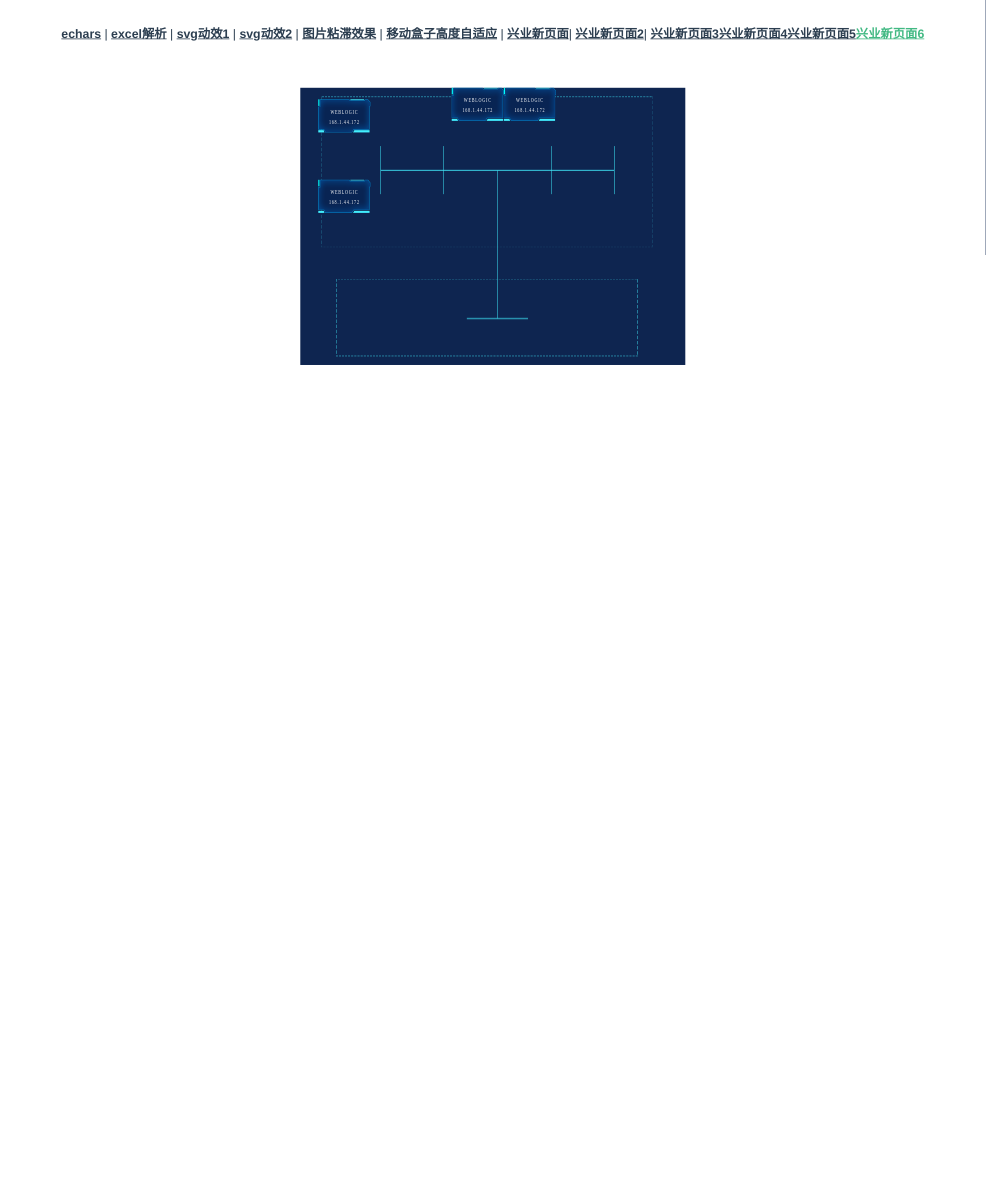
Repository: dmj199811/animation-dmj
Page: /#/work-page8
The author's editor kept a copy of each file at every save. The page is drawn from the files as they stood at one save, then again after the next save.
The browser window is 1280 px wide. The pictures show the whole page, at 77% of full size.
The project was rebuilt for these pictures with package versions that can differ from the ones it lists, and the page was loaded fresh each time.

Above is the page before, as saved 2020-07-03 16:20:41.

After the next save:
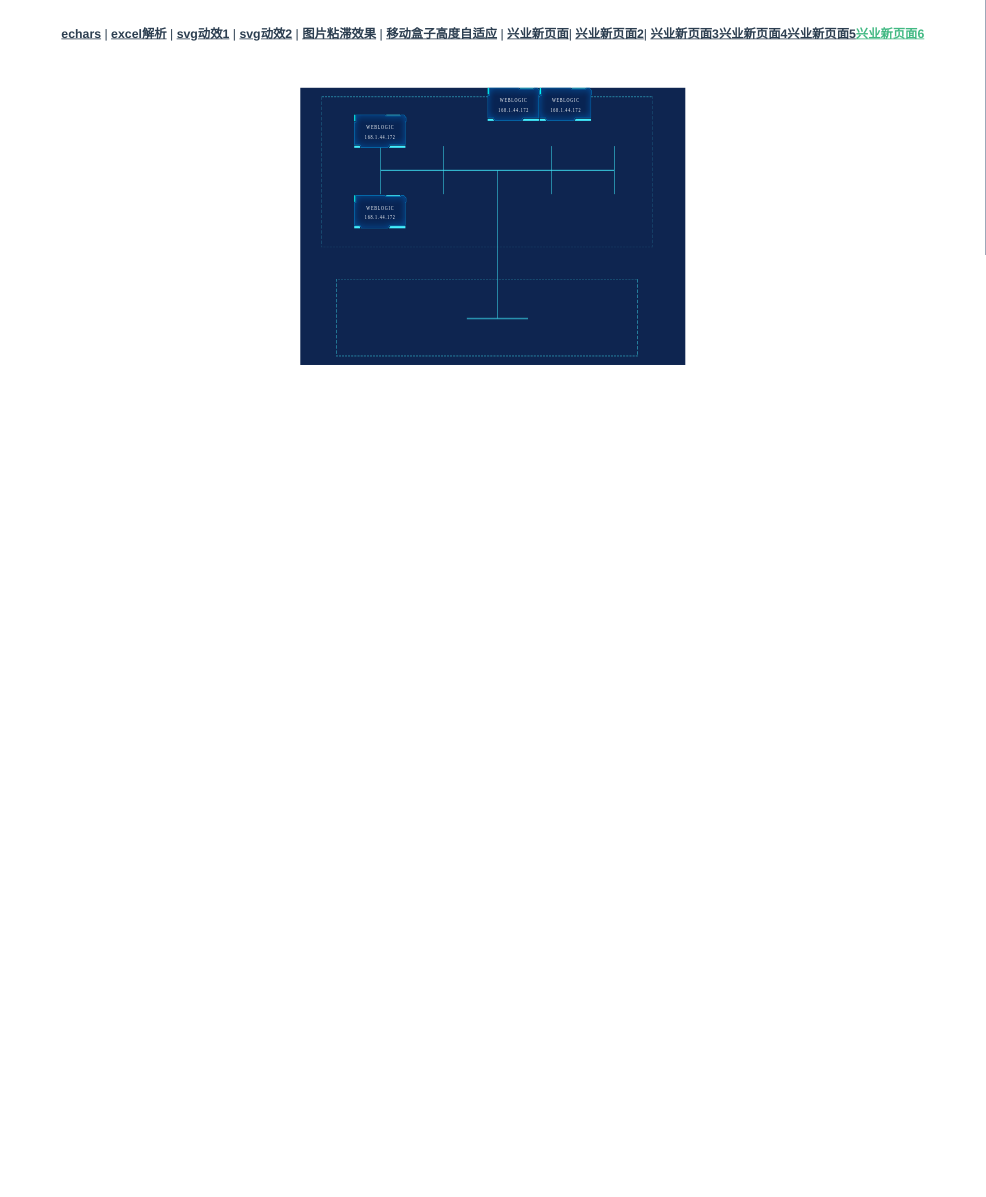
Saved 35 s later.
--- a/src/views/newPage6/index.vue
+++ b/src/views/newPage6/index.vue
@@ -110,7 +110,8 @@ export default {
   // background-color: #e9e9;
   width: 500px;
   height: 305px;
-
+  margin-left: 140px;
+  margin-top: 40px;
 
 }
 
@@ -150,7 +151,7 @@ export default {
 }
 
 .web3 {
-  margin-top: 0px;
+  margin-top: px;
   margin-left: 0px;
 }
 
